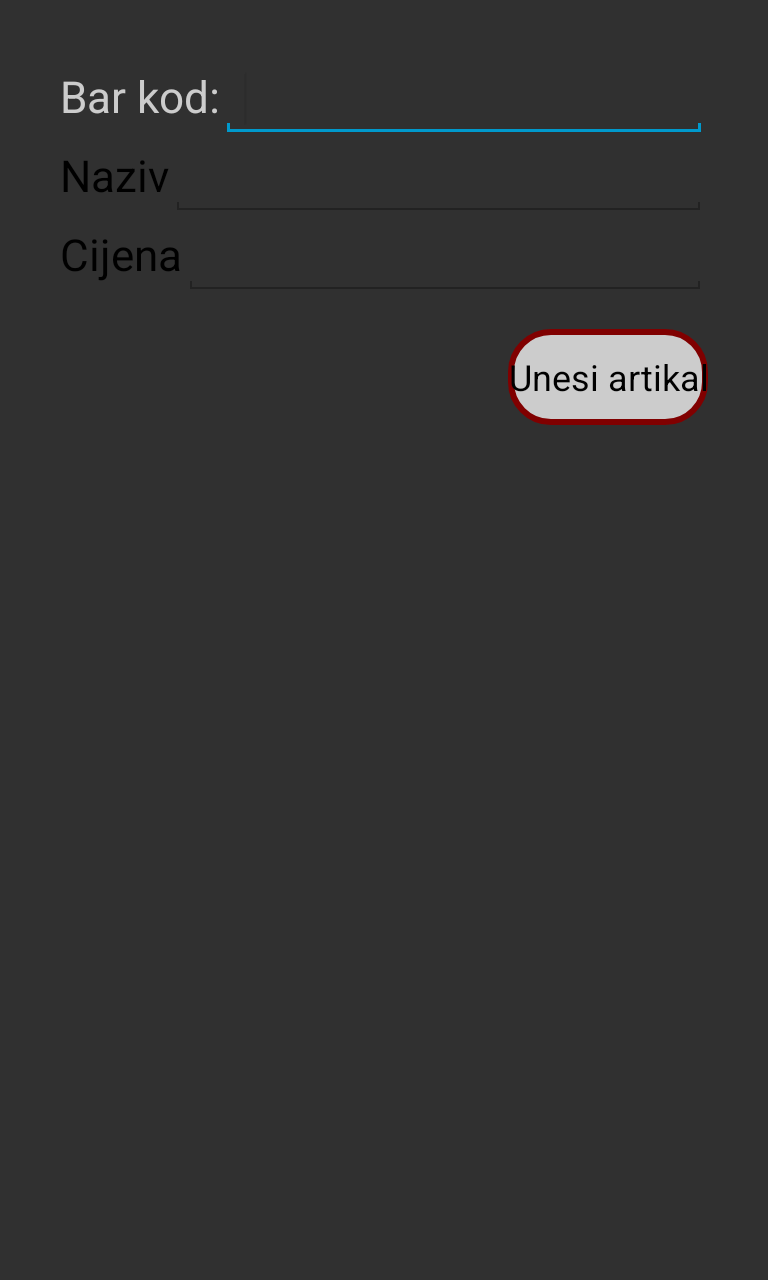
Repository: dzenisahusic/AndroidApp
Layout: Edit2014Sales/res/layout/fragment_unosartikla.xml
These files come from the project's save history. The layout is drawn as it stood at one moment and after the next save; the edit follows.
It is drawn on a 768 x 1280 px phone screen (xhdpi) without system bars, with theme AppTheme; the app's code is not run.

Above is the layout before, as saved 2014-07-15 18:18:58.

### Edit2014Sales/res/layout/fragment_unosartikla.xml
<RelativeLayout xmlns:android="http://schemas.android.com/apk/res/android"
    xmlns:tools="http://schemas.android.com/tools"
    android:layout_width="match_parent"
    android:layout_height="match_parent"
    tools:context="${relativePackage}.${activityClass}"
    android:background="#303030"

    >

    <LinearLayout
        android:id="@+id/linearLayout2"
        android:layout_width="fill_parent"
        android:layout_height="wrap_content"
        android:layout_alignParentLeft="true"
        android:layout_alignParentTop="true"
        android:orientation="horizontal"
        android:layout_marginTop="30dip"
        android:layout_marginRight="30dip"
        android:layout_marginLeft="30dip"

        >

        <TextView
            android:id="@+id/textView1"
            android:layout_width="wrap_content"
            android:layout_height="wrap_content"
            android:text="Bar kod:"
            android:textAppearance="?android:attr/textAppearanceLarge"
            android:textColor="#CCCCCC" />

        <EditText
            android:id="@+id/tBarkod"
            android:layout_width="wrap_content"
            android:layout_height="wrap_content"
            android:layout_weight="1"
            android:ems="10" >

            <requestFocus />
        </EditText>
    </LinearLayout>

    <LinearLayout
        android:id="@+id/linearLayout1"
        android:layout_width="fill_parent"
        android:layout_height="wrap_content"
        android:layout_alignParentLeft="true"
        android:layout_below="@+id/linearLayout2"
        android:layout_marginLeft="30dip"
        android:layout_marginRight="30dip"
        android:orientation="horizontal"  >

        <TextView
            android:id="@+id/textView3"
            android:layout_width="wrap_content"
            android:layout_height="wrap_content"
            android:text="Naziv"
            android:textAppearance="?android:attr/textAppearanceLarge" />

        <EditText
            android:id="@+id/tCijena"
            android:layout_width="wrap_content"
            android:layout_height="wrap_content"
            android:layout_weight="1"
            android:ems="10" />
    </LinearLayout>

    <LinearLayout
        android:id="@+id/linearLayout3"
        android:layout_width="fill_parent"
        android:layout_height="wrap_content"
        android:layout_alignParentLeft="true"
        android:layout_below="@+id/linearLayout1"
        android:orientation="horizontal"
        android:layout_marginRight="30dip"
        android:layout_marginLeft="30dip" >

        <TextView
            android:id="@+id/textView2"
            android:layout_width="wrap_content"
            android:layout_height="wrap_content"
            android:text="Cijena"
            android:textAppearance="?android:attr/textAppearanceLarge" />

        <EditText
            android:id="@+id/tNaziv"
            android:layout_width="fill_parent"
            android:layout_height="wrap_content"
            android:layout_weight="1"
            android:ems="10" />
    </LinearLayout>

    <Button
        android:id="@+id/bDodaj"
        android:layout_width="wrap_content"
        android:layout_height="wrap_content"
        android:layout_alignRight="@+id/linearLayout3"
        android:layout_below="@+id/linearLayout3"
        android:layout_marginTop="16dp"
        android:background="@drawable/rounded_corner_top"
        android:text="Unesi artikal"
        />

</RelativeLayout>

### Edit2014Sales/res/values/styles.xml
<resources>

    <!--
        Base application theme, dependent on API level. This theme is replaced
        by AppBaseTheme from res/values-vXX/styles.xml on newer devices.
    -->
    <style name="AppBaseTheme" parent="android:Theme.Light">
        <!--
            Theme customizations available in newer API levels can go in
            res/values-vXX/styles.xml, while customizations related to
            backward-compatibility can go here.
        -->
    </style>

    <!-- Application theme. -->
    <style name="AppTheme" parent="AppBaseTheme">
        <!-- All customizations that are NOT specific to a particular API-level can go here. -->
    </style>
 <style name="Animations" />

    <style name="Animations.PopDownMenu" />

    <style name="Animations.PopDownMenu.Left">
        <item name="@android:windowEnterAnimation">@anim/grow_from_topleft_to_bottomright</item>
        <item name="@android:windowExitAnimation">@anim/shrink_from_bottomright_to_topleft</item>
    </style>


    <style name="Animations.PopUpMenu" />

    <style name="Animations.PopUpMenu.Left">
        <item name="@android:windowEnterAnimation">@anim/grow_from_bottomleft_to_topright</item>
        <item name="@android:windowExitAnimation">@anim/shrink_from_topright_to_bottomleft</item>
    </style>
</resources>

### Edit2014Sales/res/drawable-hdpi/rounded_corner_top.xml
<?xml version="1.0" encoding="UTF-8"?>

  <shape xmlns:android="http://schemas.android.com/apk/res/android" android:shape="rectangle">
  <corners android:radius="20dp"/>
  <solid android:color="#CCCCCC"/>
  <stroke
        android:width="3dp"
        android:color="#800000" >
    </stroke>
</shape>

Loaded but not shown: Edit2014Sales/res/values-v11/styles.xml (common file); Edit2014Sales/res/values-v14/styles.xml (common file)

After the next save:
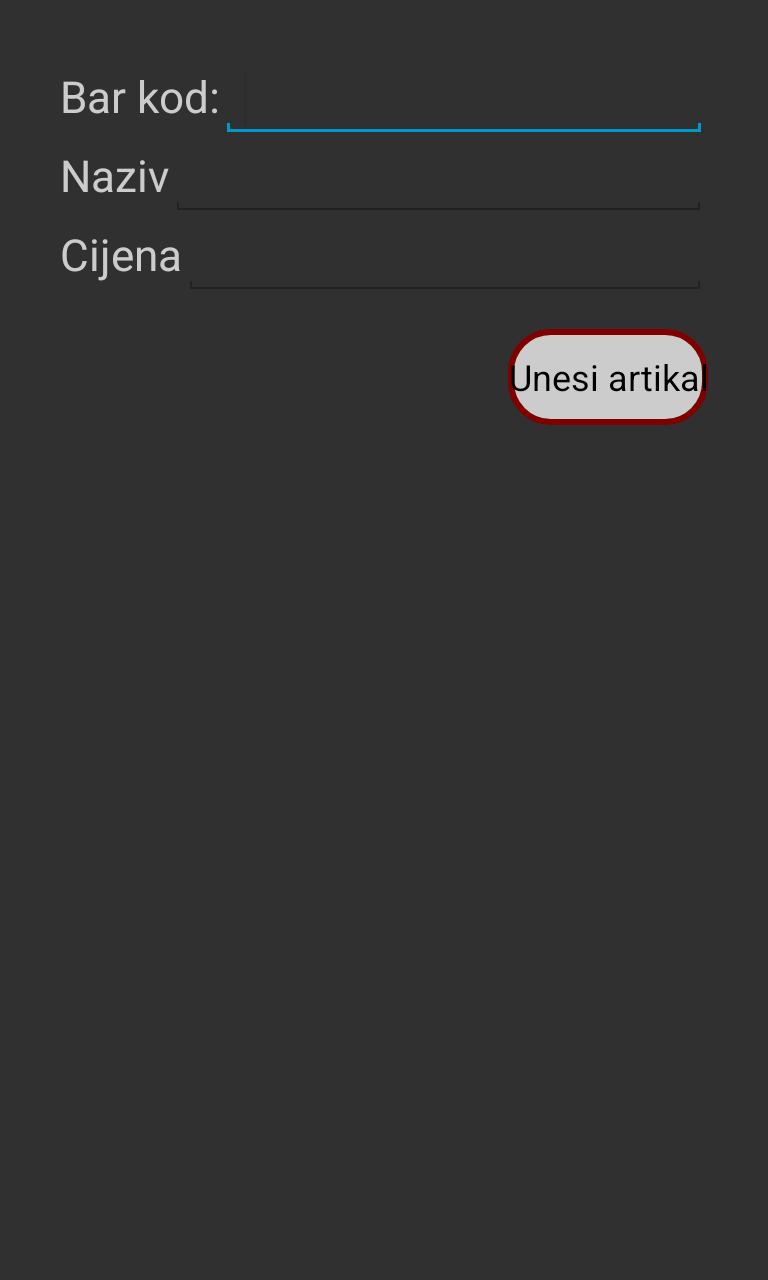
Saved 114 s later.
--- a/Edit2014Sales/res/layout/fragment_unosartikla.xml
+++ b/Edit2014Sales/res/layout/fragment_unosartikla.xml
@@ -54,6 +54,7 @@
             android:layout_width="wrap_content"
             android:layout_height="wrap_content"
             android:text="Naziv"
+            android:textColor="#CCCCCC"
             android:textAppearance="?android:attr/textAppearanceLarge" />
 
         <EditText
@@ -79,6 +80,7 @@
             android:layout_width="wrap_content"
             android:layout_height="wrap_content"
             android:text="Cijena"
+            android:textColor="#CCCCCC"
             android:textAppearance="?android:attr/textAppearanceLarge" />
 
         <EditText
@@ -97,7 +99,6 @@
         android:layout_below="@+id/linearLayout3"
         android:layout_marginTop="16dp"
         android:background="@drawable/rounded_corner_top"
-        android:text="Unesi artikal"
-        />
+        android:text="Unesi artikal" />
 
 </RelativeLayout>
